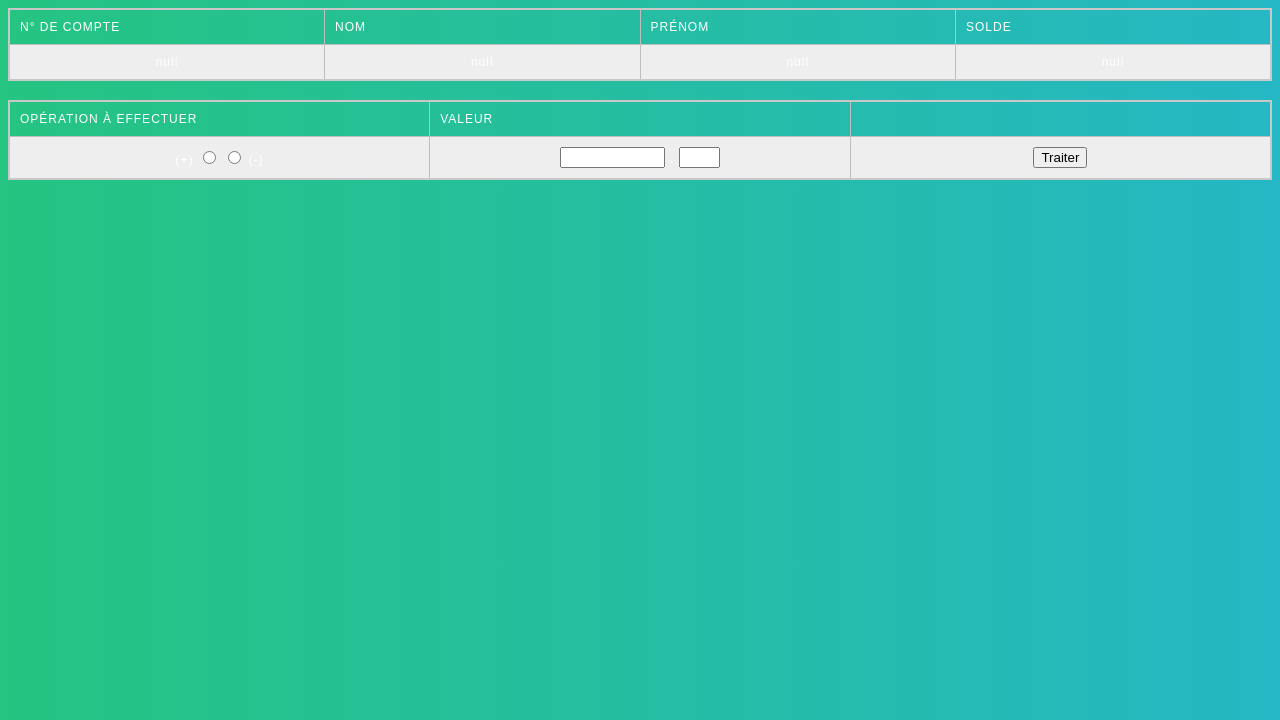
Repository: Jsisie/BanqueWeb
Page: http://localhost/BanqueWeb/JOperations.jsp
These files come from the project's save history. The page is drawn as it stood at one moment and after the next save; the edit follows.
The browser window is 1280 px wide. The pictures show the whole page.
The page is served by Tomcat 10. Other server files are loaded and not shown.

Above is the page before, as saved 2022-12-13 21:38:09.

### BanqueWeb/BanqueWeb/BanqueWeb/src/main/webapp/JOperations.jsp
<%@ page language="java" contentType="text/html; charset=UTF-8"
    pageEncoding="UTF-8"%>
<!DOCTYPE html>
<html>
<head>
<meta charset="UTF-8">
<title>Consultation réussie</title>
<style type="text/css">

h1{
  font-size: 30px;
  color: #fff;
  text-transform: uppercase;
  font-weight: 300;
  text-align: center;
  margin-bottom: 15px;
}
table{
  width:100%;
  table-layout: fixed;
}
.tbl-header{
  background-color: rgba(255,255,255,0.3);
 }
.tbl-content{
  height:300px;
  overflow-x:auto;
  margin-top: 0px;
  border: 1px solid rgba(255,255,255,0.3);
}
th{
  padding: 20px 15px;
  text-align: left;
  font-weight: 500;
  font-size: 12px;
  color: #fff;
  text-transform: uppercase;
}
td{
  padding: 15px;
  text-align: left;
  vertical-align:middle;
  font-weight: 300;
  font-size: 12px;
  color: #fff;
  border-bottom: solid 1px rgba(255,255,255,0.1);
}


/* demo styles */

@import url(https://fonts.googleapis.com/css?family=Roboto:400,500,300,700);
body{
  background: -webkit-linear-gradient(left, #25c481, #25b7c4);
  background: linear-gradient(to right, #25c481, #25b7c4);
  font-family: 'Roboto', sans-serif;
}
section{
  margin: 50px;
}


/* follow me template */
.made-with-love {
  margin-top: 40px;
  padding: 10px;
  clear: left;
  text-align: center;
  font-size: 10px;
  font-family: arial;
  color: #fff;
}
.made-with-love i {
  font-style: normal;
  color: #F50057;
  font-size: 14px;
  position: relative;
  top: 2px;
}
.made-with-love a {
  color: #fff;
  text-decoration: none;
}
.made-with-love a:hover {
  text-decoration: underline;
}


/* for custom scrollbar for webkit browser*/

::-webkit-scrollbar {
    width: 6px;
}
::-webkit-scrollbar-track {
    -webkit-box-shadow: inset 0 0 6px rgba(0,0,0,0.3);
}
::-webkit-scrollbar-thumb {
    -webkit-box-shadow: inset 0 0 6px rgba(0,0,0,0.3);
}
td,
th {
    border: 1px solid rgb(190, 190, 190);
    padding: 10px;
}

td {
    text-align: center;
}

tr:nth-child(even) {
    background-color: #eee;
}

th[scope="col"] {
    background-color: #696969;
    color: #fff;
}

th[scope="row"] {
    background-color: #d7d9f2;
}

caption {
    padding: 10px;
    caption-side: bottom;
}

table {
    border-collapse: collapse;
    border: 2px solid rgb(200, 200, 200);
    letter-spacing: 1px;
    font-family: sans-serif;
    font-size: .8rem;
}
</style>
</head>
<body>
	<div class="compteTables">
		<div class="infosCompteTable" align="center">
			<table>
				<tr>
					<th>N° de compte</th>
					<th>Nom</th>
					<th>Prénom</th>
					<th>Solde</th>
				</tr>
				<tr>
					<td><%=session.getAttribute("NoDeCompte")%></td>
					<td><%=session.getAttribute("nom")%></td>
					<td><%=session.getAttribute("prenom")%></td>
					<td><%=session.getAttribute("solde")%></td>
				</tr>
			</table>
		</div>
		<br>
		<form class="operationForm" method="post">
			<div class="operationTable" align="center">
				<table>
					<tr>
						<th>Opération à effectuer</th>
						<th>Valeur</th>
					</tr>
					<tr>
						<td>
							<label for="+">(+)</label>
							<input type="radio" id="OpPlus" name="Op" value="+">
		  					<input type="radio" id="OpMinus" name="Op" value="-">
		  					<label for="-">(-)</label></td>
						<td>
							<input type="text" name="ValeurEntiere" id="valeurEntiere" maxlength="10" size="10">
							<label id="virguleDecimale" for="valeur">,</label>
							<input type="text" name="ValeurDecimale" id="valeurDecimale" maxlength="2" size="2">
						</td>
						<td>
							<input  id="Demande" name="Demande" type="submit" value="Traiter">
						</td>
					</tr>
				</table>
			</div>
		</form>
	</div>
</body>
</html>

After the next save:
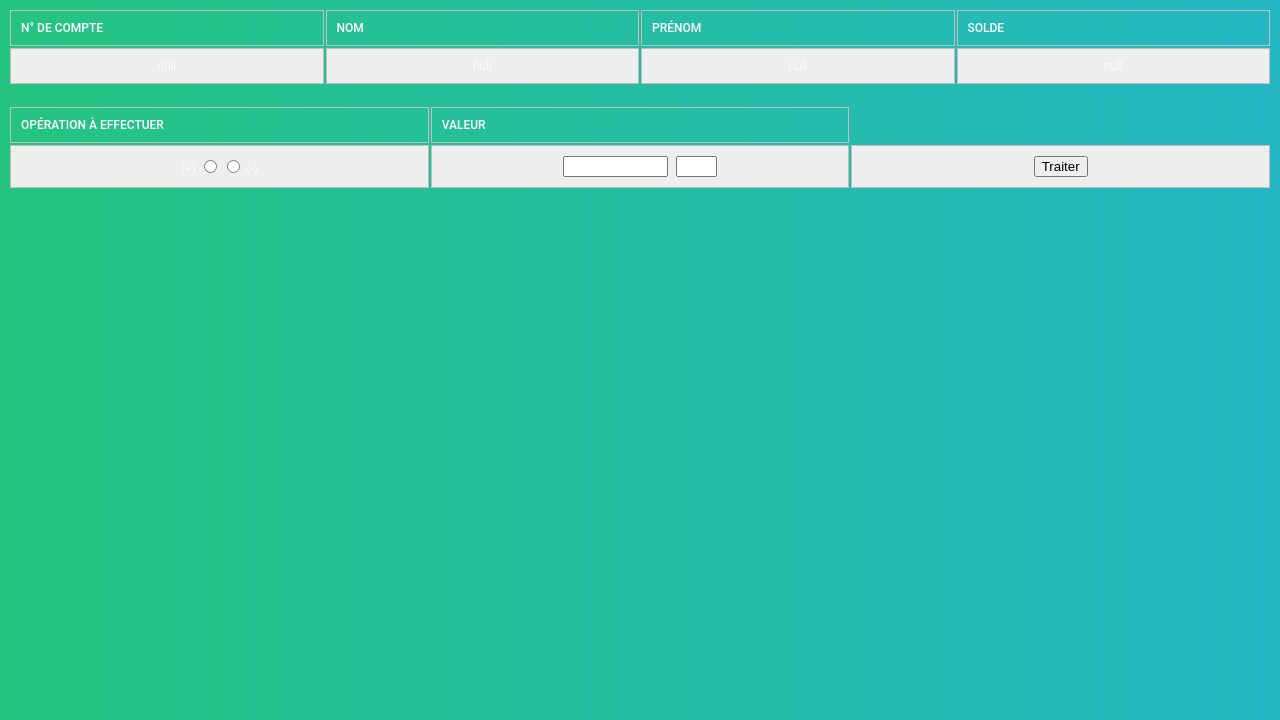
Saved 40 s later.
--- a/BanqueWeb/BanqueWeb/BanqueWeb/src/main/webapp/JOperations.jsp
+++ b/BanqueWeb/BanqueWeb/BanqueWeb/src/main/webapp/JOperations.jsp
@@ -125,13 +125,13 @@ caption {
     caption-side: bottom;
 }
 
-table {
+/* table {
     border-collapse: collapse;
     border: 2px solid rgb(200, 200, 200);
     letter-spacing: 1px;
     font-family: sans-serif;
     font-size: .8rem;
-}
+} */
 </style>
 </head>
 <body>
